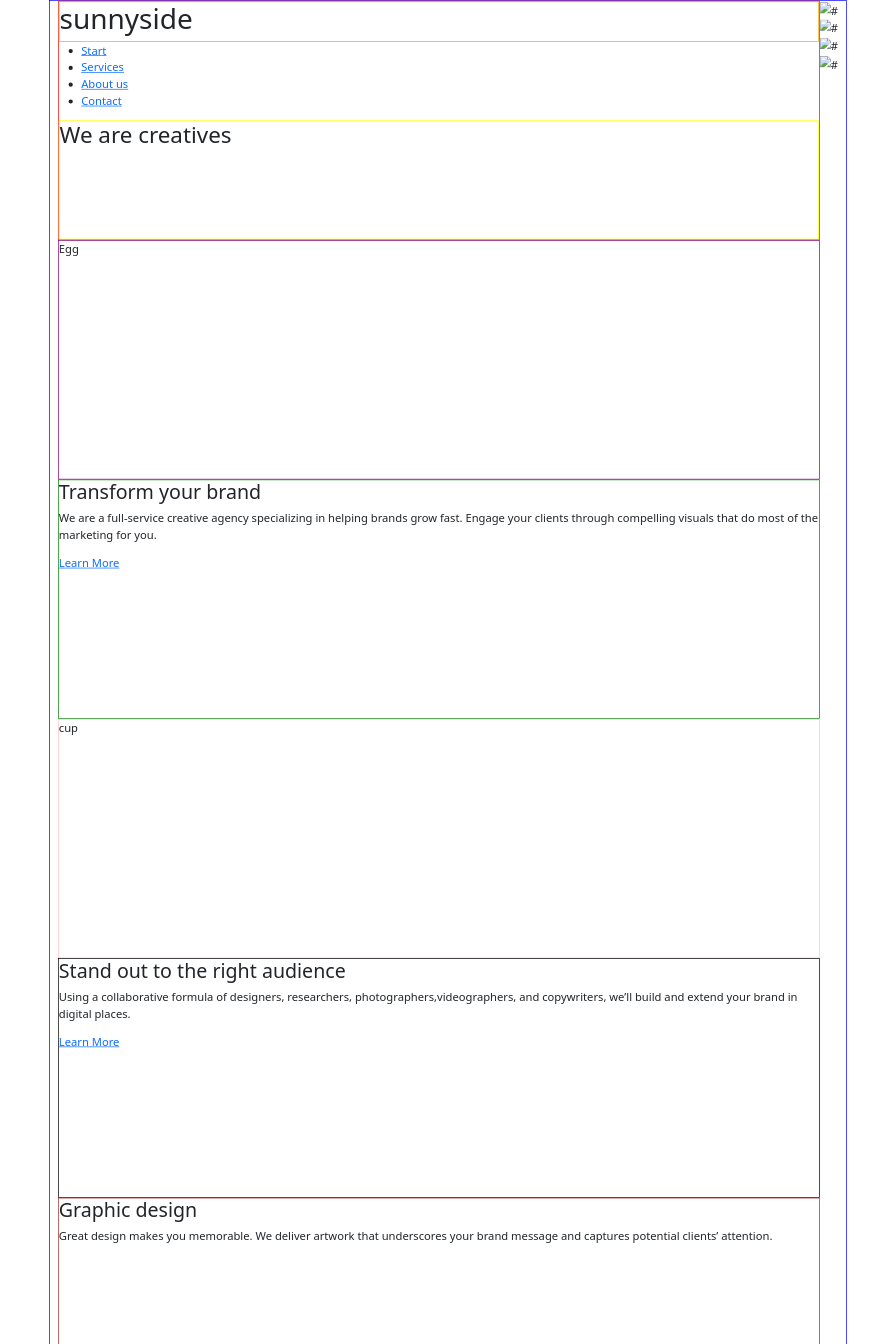
Repository: Roshanell/Sunny-Side-Agency
Page: index.html
An editor plug-in stored every save of this project. The page is shown before and after a run of saves, followed by the edit.
The browser window is 1280 px wide. The pictures show the part of the page from y = 0 to 1920 px (the page is 4106 px tall before and 1581 px after), at 70% of full size.

Above is the page before, as saved 2022-07-01 13:24:41.

### index.html
<!doctype html>
<html lang="en">

  <head>
    <meta charset="utf-8">
    <meta name="viewport" content="width=device-width, initial-scale=1">
    <title>Sunny Side Agency</title>
    <link href="https://cdn.jsdelivr.net/npm/bootstrap@5.2.0-beta1/dist/css/bootstrap.min.css" rel="stylesheet"
      integrity="sha384-0evHe/X+R7YkIZDRvuzKMRqM+OrBnVFBL6DOitfPri4tjfHxaWutUpFmBp4vmVor" crossorigin="anonymous">
    <link href="https://fonts.googleapis.com/icon?family=Material+Icons" rel="stylesheet">
    <link rel="stylesheet" href="css/style.css">
  </head>

  <body>
    <div class="container">
      <div class="homePage">
        <header>
          <div class="header">
            <h1>sunnyside</h1>
          </div>

          <nav>
            <ul>
              <li><a href="#">Start</a></li>
              <li><a href="#">Services</a></li>
              <li><a href="#">About us</a></li>
              <li><a href="#">Contact</a></li>
            </ul>
          </nav>
        </header>
        <div class="homeContent">
          <h2>We are creatives</h2>
        </div>
      </div>

      <div class="eggArea">
        <p>Egg</p>
      </div>

      <div class="aboutUsInfo">
        <h3>
          Transform your brand
        </h3>
        <p>We are a full-service creative agency specializing in helping brands grow fast. Engage your clients through
          compelling visuals that do most of the marketing for you. </p>
        <span><a href="#">Learn More</a></span>
      </div>

      <div class="cupImage">
        <p>cup</p>
      </div>

      <div class="standOutInfo">
        <h3>Stand out to the right audience</h3>
        <p> Using a collaborative formula of designers, researchers,
          photographers,videographers, and copywriters, we’ll build and extend your brand in digital places. </p>

        <span><a href="#">Learn More</a></span>
      </div>
      <div class="graphicDesign">
        <h3> Graphic design</h3>
        <p>
          Great design makes you memorable. We deliver artwork that underscores your brand message and captures
          potential clients’ attention.
          <!-- background img with words overlay -->
        </p>
      </div>
      <div class="orangeImage">
        <h3>Photography</h3>
        <p> Increase your credibility by getting the most stunning, high-quality photos that improve your business
          image. </p>
        <!-- background img with words overlay -->
      </div>
      <div class="testimonialOne">
        <h4>Client Testimonials</h4>
        <img src="#" alt="Woman's Profile Image'">
        <p>We put our trust in Sunnyside and they delivered, making sure our needs were met and deadlines were always
          hit.</p>
        <span>Emily R.</span>
        <span>Marketing Director</span>
      </div>
      <div class="testimonialThree">
        <img src="#" alt="Man's' Profile Image'">
        <span>Thomas S.</span>
        <p>Sunnyside’s enthusiasm coupled with their keen interest in our brand’s success made it a satisfying and
          enjoyable experience.</p>
        <span>Chief Operating Officer</span>
      </div>
      <div class="testimonialTwo">
        <img src="#" alt="Woman's Profile Image'">
        <p>Incredible end result! Our sales increased over 400% when we worked with Sunnyside. Highly recommended!</p>
        <span>Jennie F.</span>
        <span>Business Owner</span>
      </div>
      <div class="fourImgs">
        <div class="imgOne">
          <img src="#" alt="img">
        </div>
        <div class="imgTwo">
          <img src="#" alt="img">
        </div>
        <div class="imgThree">
          <img src="#" alt="img">
        </div>
        <div class="imgFour">
          <img src="#" alt="img">
        </div>
      </div>

      <div class="footer">
        <!-- <h1>sunnyside</h1>
        <span>About</span>
        <span>ser</span>
        <span>About</span> -->
      </div>
      <div class="logo">
        <div class="fbIcon">
          <img src="#" alt="#">
        </div>
        <div class="igIcon">
          <img src="#" alt="#">
        </div>
        <div class="twitterIcon">
          <img src="#" alt="#">
        </div>
        <div class="pinterest">
          <img src="#" alt="#">
        </div>
      </div>
    </div>




    <!-- Home
Profile
About
Contacts
  -->




    <script src="https://cdn.jsdelivr.net/npm/bootstrap@5.2.0-beta1/dist/js/bootstrap.bundle.min.js"
      integrity="sha384-pprn3073KE6tl6bjs2QrFaJGz5/SUsLqktiwsUTF55Jfv3qYSDhgCecCxMW52nD2" crossorigin="anonymous"
      type="text/javascript" src="js/main.js">


      </script>

  </body>

</html>

### css/style.css
/* Box Model Hack */
* {
  -moz-box-sizing: border-box;
}

/* Clear fix hack */
.clearfix:after {
  content: ".";
  display: block;
  clear: both;
  visibility: hidden;
  line-height: 0;
  height: 0;
}

.clear {
  clear: both;
}

/******************************************
/* BASE STYLES
/*******************************************/




body {
}

/******************************************
/* LAYOUT
/*******************************************/
.container {
  border: solid 1px blue;
  display: grid;
  grid-template-columns: 1fr;
  grid-template-rows: 1fr 1fr 1fr 1fr 1fr 1fr 1fr 1fr 1fr 1fr 1fr 1fr;
  gap: 0px 0px;
  grid-auto-flow: column dense;
  grid-template-areas:
    "homePage"
    "eggArea"
    "aboutUsInfo"
    "cupImage"
    "standOutInfo"
    "graphicDesign"
    "orangeImage"
    "testimonialOne"
    "testimonialTwo"
    "testimonialThree"
    "fourImgs"
    "footer";
}

.homePage {
  border: solid 1px red;
  display: grid;
  grid-template-columns: 1fr;
  grid-template-rows: 1fr 1fr;
  gap: 0px 0px;
  grid-auto-flow: row;
  grid-template-areas:
    "header"
    "homeContent";
  grid-area: homePage;
}

.header {
  border: solid 1px orange;
  grid-area: header;
}

.homeContent {
  border: solid 1px yellow;
  grid-area: homeContent;
}

.eggArea {
  border: solid 1px purple;
  grid-area: eggArea;
}

.aboutUsInfo {
  border: solid 1px green;
  grid-area: aboutUsInfo;
}

.cupImage {
  border: solid 1px pink;
  grid-area: cupImage;
}

.standOutInfo {
  border: solid 1px black;
  grid-area: standOutInfo;
}

.graphicDesign {
  border: solid 1px brown;
  grid-area: graphicDesign;
}

.orangeImage {
  border: solid 1px gray;
  grid-area: orangeImage;
}

.testimonialOne {
  border: solid 1px fuchsia;
  grid-area: testimonialOne;
}

.testimonialThree {
  border: solid 1px lightblue;
  grid-area: testimonialThree;
}

.testimonialTwo {
  border: solid 1px silver;
  grid-area: testimonialTwo;
}

.fourImgs {
  border: solid 1px maroon;
  display: grid;
  grid-template-columns: 1fr 1fr;
  grid-template-rows: 1fr 1fr;
  gap: 0px 0px;
  grid-template-areas:
    "imgOne imgThree"
    "imgTwo imgFour";
  grid-area: fourImgs;
}

.imgOne {
  border: solid 1px yellowgreen;
}
.imgTwo {
  border: solid 1px rgb(228, 122, 199);
}
.imgThree {
  border: solid 1px rgb(158, 207, 232);
}
.imgFour {
  border: solid 1px rgb(205, 122, 50);
}

/* Fix the footer


.footer {
  border: solid 1px blue;
  display: grid;
  grid-auto-flow: column dense;
  grid-template-columns: 1fr 1fr 1fr;
  grid-template-rows: 1fr 1fr 1fr;
  gap: 0px 0px;
  grid-template-areas:
    ". logoName ."
    "about services projects"
    ". logo .";
  grid-area: footer;
}
.logoName {
  grid-area: logoName;
}
.about {
  grid-area: about;
}
.services {
  display: grid;
  grid-template-columns: 1fr 1fr 1fr;
  grid-template-rows: 1fr 1fr 1fr;
  gap: 0px 0px;
  grid-area: services;
}
.projects {
  grid-area: projects;
}
.logo {
  display: grid;
  grid-template-columns: 1fr 1fr 1fr 1fr;
  grid-template-rows: 1fr;
  gap: 0px 0px;
  grid-template-areas: "fbIcon igIcon twitterIcon pinterest";
  grid-area: logo;
}

.fbIcon {
  border: solid 1px silver;
  grid-area: fbIcon;
}
.igIcon {
  border: solid 1px red;
  grid-area: fbIcon;
}
.twitterIcon {
  border: solid 1px midnightblue;
  grid-area: twitterIcon;
}
.pinterest {
  border: solid 1px plum;
  grid-area: pinterest;
}

/******************************************
/* ADDITIONAL STYLES
/*******************************************/

After the next 3 saves:
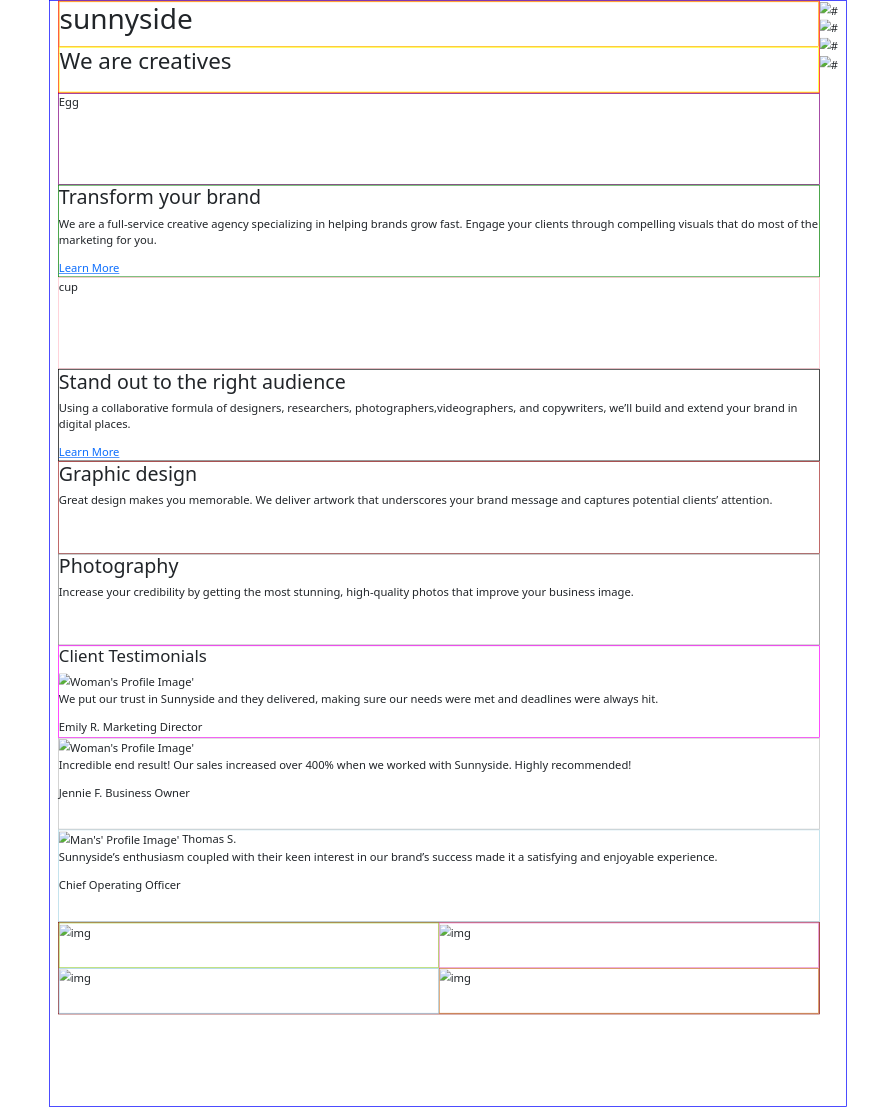
The 3 saves are shown as one change because they came seconds apart.
The last was saved 9 s later.
--- a/index.html
+++ b/index.html
@@ -14,20 +14,9 @@
   <body>
     <div class="container">
       <div class="homePage">
-        <header>
-          <div class="header">
-            <h1>sunnyside</h1>
-          </div>
-
-          <nav>
-            <ul>
-              <li><a href="#">Start</a></li>
-              <li><a href="#">Services</a></li>
-              <li><a href="#">About us</a></li>
-              <li><a href="#">Contact</a></li>
-            </ul>
-          </nav>
-        </header>
+        <div class="header">
+          <h1>sunnyside</h1>
+        </div>
         <div class="homeContent">
           <h2>We are creatives</h2>
         </div>
@@ -120,7 +109,7 @@
         <div class="igIcon">
           <img src="#" alt="#">
         </div>
-        <div class="twitterIcon">
+        <div class="Icon">
           <img src="#" alt="#">
         </div>
         <div class="pinterest">
